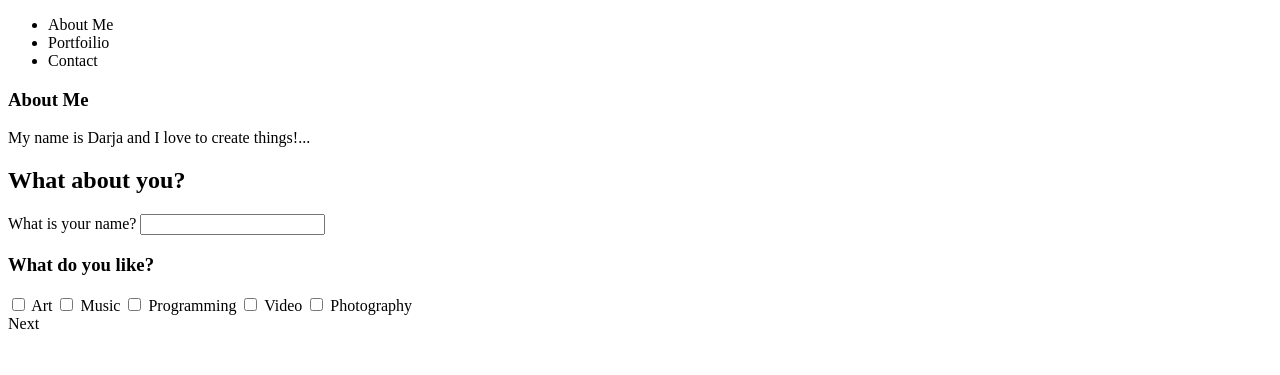
Repository: holyygreg/PortfolioProject
Page: code files/index.html
These files come from the project's save history. The page is drawn as it stood at one moment and after a run of saves; the edit follows.
The browser window is 1280 px wide. The pictures show the whole page.

Above is the page before, as saved 2024-08-02 16:07:20.

After the next 2 saves:
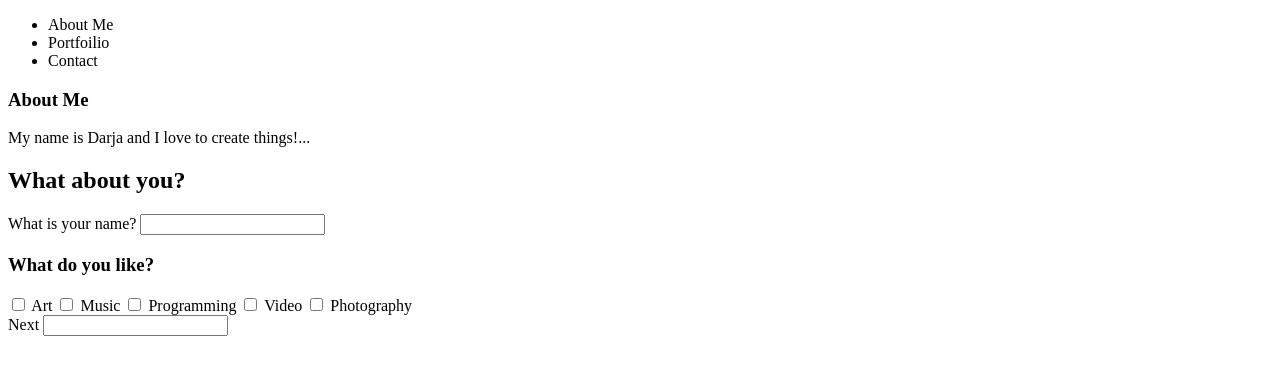
The 2 saves are shown as one change because they came seconds apart.
The last was saved 9 s later.
--- a/code files/index.html
+++ b/code files/index.html
@@ -44,7 +44,7 @@
         <br>
 
         <label for="submit">Next</label>
-
+        <input>
 
     </section>
 </body>
